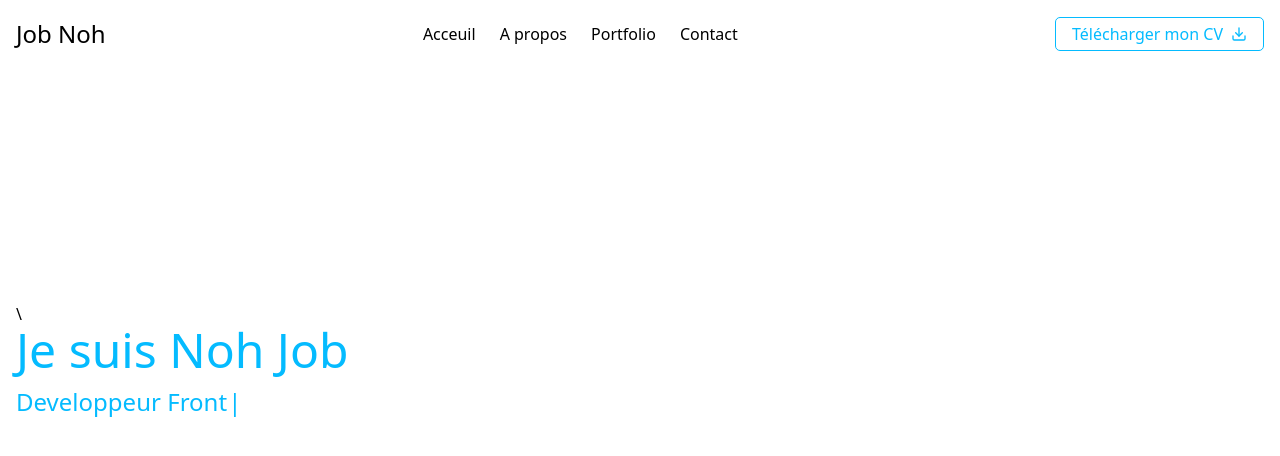
Repository: anoy1010/Nextportfolio
Page: /
The author's editor kept a copy of each file at every save. The page is drawn from the files as they stood at one save, then again after a run of saves.
The browser window is 1280 px wide. The pictures show the whole page.
The project was rebuilt for these pictures with package versions that can differ from the ones it lists, and the page was loaded fresh each time. The framework's server and built-in components were replaced by stand-ins that run in the browser. Also part of the build but not shown: next.config.js, styles/Home.module.css.

Above is the page before, as saved 2023-03-06 16:27:15.

After the next 2 saves:
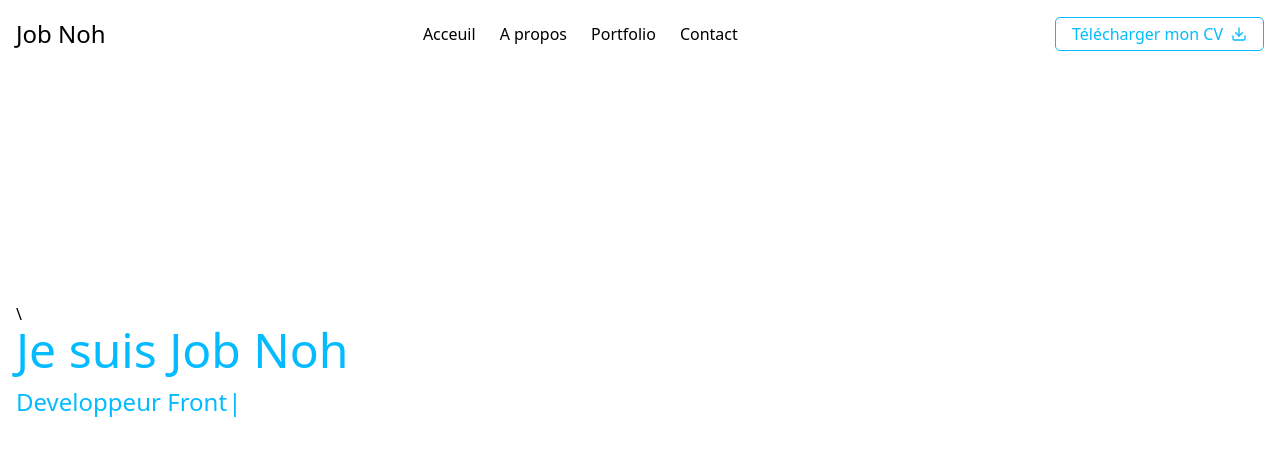
The 2 saves are shown as one change because they came seconds apart.
The last was saved 18 s later.
--- a/components/Hero.js
+++ b/components/Hero.js
@@ -9,7 +9,7 @@ const Hero = () => {
             <div className='max-x-[450px] text-[#04bbff] flex flex-col gap-[40px]'>
                 <div>
                     <h1 className='text-5xl'>
-                        Je suis Noh Job
+                        Je suis Job Noh
                     </h1>
                     <h4 className=' text-2xl mt-3'>
                         <Typewriter
